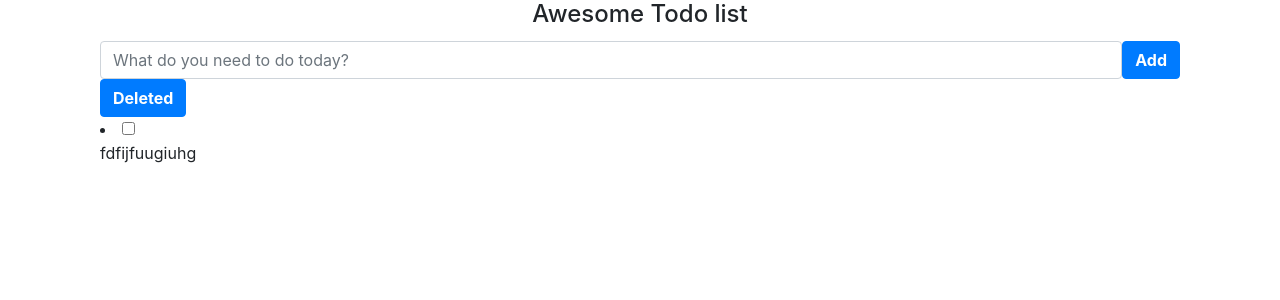
Repository: alohamylight/todolist
Page: index.html
The author's editor kept a copy of each file at every save. The page is drawn from the files as they stood at one save, then again after the next save.
The browser window is 1280 px wide. The pictures show the whole page.
Some web libraries are served in a nearby version.

Above is the page before, as saved 2021-05-28 11:50:44.

### index.html
<!DOCTYPE html>
<html lang="ru">
 <head>
<meta charset="utf-8">
<meta name="viewport" content="width=device-width, initial-scale=1, shrink-to-fit=no">
<!-- Bootstrap CSS -->
<link rel="stylesheet" href="https://maxcdn.bootstrapcdn.com/bootstrap/4.0.0/css/bootstrap.min.css" integrity="sha384-Gn5384xqQ1aoWXA+058RXPxPg6fy4IWvTNh0E263XmFcJlSAwiGgFAW/dAiS6JXm" crossorigin="anonymous">
 </head>
 <body>
        <div class="container">
            <div class="col-md-auto" id="todo_list">
                        <h4 class="card-title text-center">Awesome Todo list</h4>
                        <div class="add-items d-flex" id="create_new_todo">
                            <input type="text" class="form-control todo-list-input" id="message" placeholder="What do you need to do today?">
                            <button class="add btn btn-primary font-weight-bold todo-list-add-btn" id="add">Add</button>
                        </div id="wrapper">
                        <button class="add btn btn-primary font-weight-bold todo-list-add-btn" onclick="dell(event)" class="del">Deleted</button>
                        <ul class="list-group" id= "todo">
                        </ul>

                        <li>
                            <input type="checkbox">
                            <p>fdfijfuugiuhg</p>
                            <span></span>
                        </li>
            </div>
        </div>
        </div>


<script src="https://code.jquery.com/jquery-3.2.1.slim.min.js" integrity="sha384-KJ3o2DKtIkvYIK3UENzmM7KCkRr/rE9/Qpg6aAZGJwFDMVNA/GpGFF93hXpG5KkN" crossorigin="anonymous"></script>
<script src="https://cdnjs.cloudflare.com/ajax/libs/popper.js/1.12.9/umd/popper.min.js" integrity="sha384-ApNbgh9B+Y1QKtv3Rn7W3mgPxhU9K/ScQsAP7hUibX39j7fakFPskvXusvfa0b4Q" crossorigin="anonymous"></script>
<script src="https://maxcdn.bootstrapcdn.com/bootstrap/4.0.0/js/bootstrap.min.js" integrity="sha384-JZR6Spejh4U02d8jOt6vLEHfe/JQGiRRSQQxSfFWpi1MquVdAyjUar5+76PVCmYl" crossorigin="anonymous"></script>
<!-- Подключаем jQuery -->
<script src="https://cdnjs.cloudflare.com/ajax/libs/jquery/2.1.3/jquery.min.js">
</script>
<script src="example.js"></script>
 </body>
</html>

### example.js
let AddTaskBtn = $("#add");
let DeskTaskInput = $("#message");
let todo = $("#todo");
i=-1;
let chbox;

let TodoList = [];
  function func() {
  let newTodo = {
  todo: DeskTaskInput.val(),
  checked:true,
  };

  TodoList.push(newTodo);
  i++;
  console.log(TodoList);
  $('#todo').append("<li><input id='lishka' type='checkbox' checked>" + DeskTaskInput.val()+"</li>");
  console.log(TodoList[i]);
}
$('#add').on('click', function() {
  func();
});

$(document).on('keydown',function(e) {
  if(e.which == 13) {
 func();
}
});

$('#lishka').on('click', function (event) {
  console.log(event.target);
});


/*function dell(event){
chbox=document.getElementById('lishka');
console.log(event.target);
if (chbox.checked) {
  TodoList.splice(i,0)
}
else{}
} */

/*function dell(){
  if (TodoList[i]= checked)
    {TodoList.splice(i,0)}
    else {}

}*/
/*() {if TodoList[i] == checked {}
if (DeskTaskInput=checked) {$('#test').prop('disabled', true);}*/

function handler(event) {
  $(event.target).closest('li').children("ul").toggle();
}
$("ul").click(handler).find("ul").hide();

After the next save:
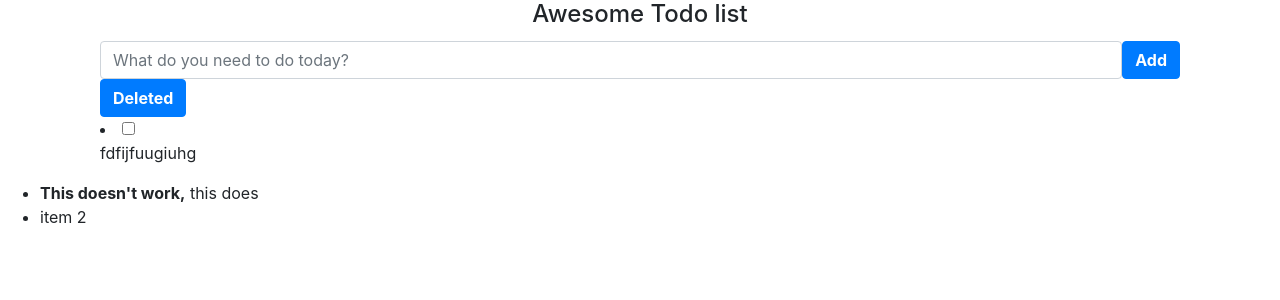
Saved 12 s later.
--- a/index.html
+++ b/index.html
@@ -27,7 +27,20 @@
         </div>
         </div>
 
-
+        <ul>
+            <li><b>This doesn't work,</b> this does
+            <ul>
+              <li>sub item 1-a</li>
+              <li>sub item 1-b</li>
+            </ul>
+          </li>
+          <li>item 2
+            <ul>
+              <li>sub item 2-a</li>
+              <li>sub item 2-b</li>
+            </ul>
+          </li>
+        </ul>
 <script src="https://code.jquery.com/jquery-3.2.1.slim.min.js" integrity="sha384-KJ3o2DKtIkvYIK3UENzmM7KCkRr/rE9/Qpg6aAZGJwFDMVNA/GpGFF93hXpG5KkN" crossorigin="anonymous"></script>
 <script src="https://cdnjs.cloudflare.com/ajax/libs/popper.js/1.12.9/umd/popper.min.js" integrity="sha384-ApNbgh9B+Y1QKtv3Rn7W3mgPxhU9K/ScQsAP7hUibX39j7fakFPskvXusvfa0b4Q" crossorigin="anonymous"></script>
 <script src="https://maxcdn.bootstrapcdn.com/bootstrap/4.0.0/js/bootstrap.min.js" integrity="sha384-JZR6Spejh4U02d8jOt6vLEHfe/JQGiRRSQQxSfFWpi1MquVdAyjUar5+76PVCmYl" crossorigin="anonymous"></script>
